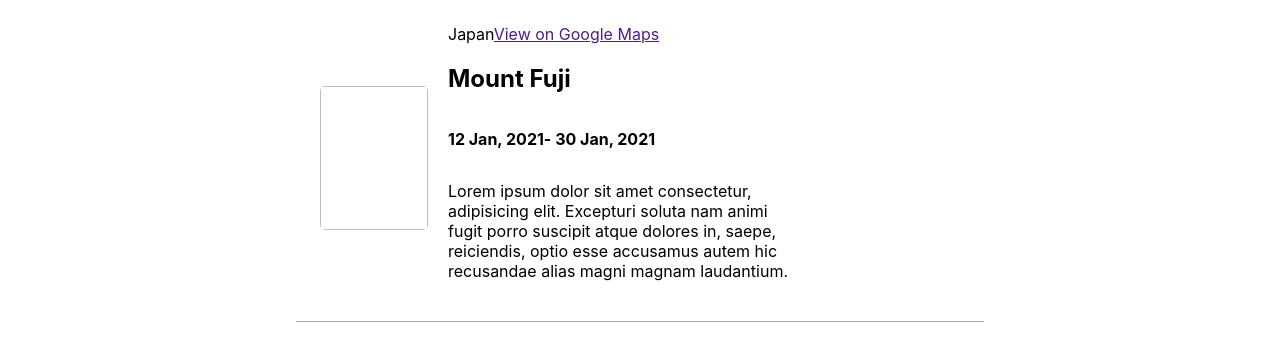
Repository: BuduCE/travel-journal
Page: /
An editor plug-in stored every save of this project. The page is shown before and after a run of saves, followed by the edit.
The browser window is 1280 px wide. The pictures show the whole page.
The project was rebuilt for these pictures with package versions that can differ from the ones it lists, and the page was loaded fresh each time. Also part of the build but not shown: src/data.js, src/components/Home/styles.css, src/components/Home/index.jsx.

Above is the page before, as saved 2022-08-25 11:57:56.

### src/App.js
import './App.css';
import Home from './components/Home';
import Tour from './components/Tour';

function App() {
  return (
    <div className="App">
      {/* <Home /> */}
      <Tour />
    </div>
  );
}

export default App;

### src/components/Tour/index.jsx
import './styles.css'
import camp from './camp.jpg'

const Tour = (props) => {
  return (
    <div className='Tour'>
      {/* Section 1 */}
      <div className="tour-img">
        {/* <img src={camp} alt="" /> */}
        <img src={props.image} alt="" />
      </div>

      {/* Section 2 */}
      <div className="tour-info">
        <div className="tour-loc">
          <img src="" alt="" />
          <span>Japan</span>
          <a href="">View on Google Maps</a>
        </div>
        <h2>Mount Fuji</h2>
        <div className="tour-data">
          <p><b>12 Jan, 2021</b></p>
          <p><b>- 30 Jan, 2021</b></p>
        </div>

        <p className='tour-desc'>
          Lorem ipsum dolor sit amet consectetur, adipisicing elit. Excepturi soluta nam animi fugit porro suscipit atque dolores in, saepe, reiciendis, optio esse accusamus autem hic recusandae alias magni magnam laudantium.
        </p>
      </div>

    </div>
  )
}

export default Tour

### src/components/Tour/styles.css
.Tour{
    width: 50%;
    margin: auto;
    display: grid;
    grid-template-columns: 1fr 4fr;
    padding: 24px;
    align-items: center;
    border-bottom: 1px solid #b3a7a7;
}
.tour-img{
    margin-right: 20px;
}
.tour-img > img{
    width: 100%;
    height: 20vh;
    border-radius: 5px;
}
.tour-data{
    display: flex;
}
.tour-desc{
    width: 70%;
}

Loaded but not shown: public/index.html (common file); src/index.js (common file); src/index.css (common file); src/reportWebVitals.js (common file); src/App.css (common file)

After the next 2 saves:
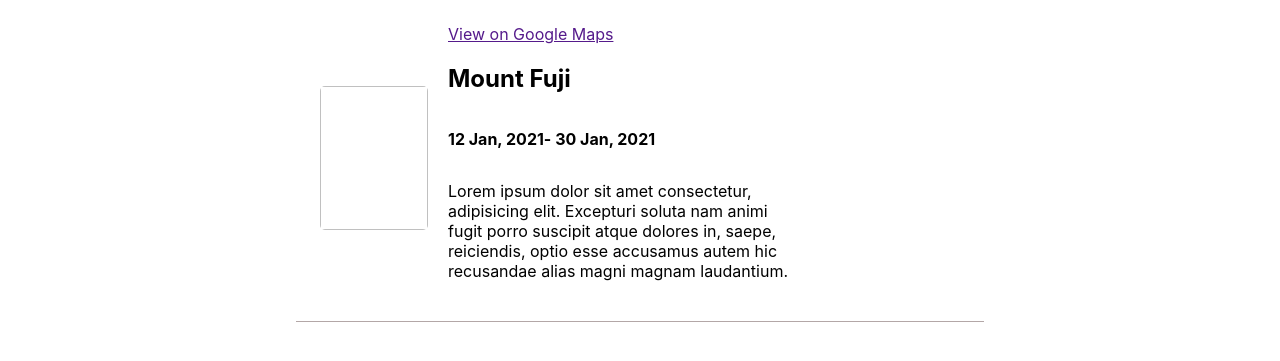
The 2 saves are shown as one change because they came seconds apart.
The last was saved 6 s later.
--- a/src/components/Tour/index.jsx
+++ b/src/components/Tour/index.jsx
@@ -14,7 +14,7 @@
       <div className="tour-info">
         <div className="tour-loc">
           <img src="" alt="" />
-          <span>Japan</span>
+          <span>{}</span>
           <a href="">View on Google Maps</a>
         </div>
         <h2>Mount Fuji</h2>
